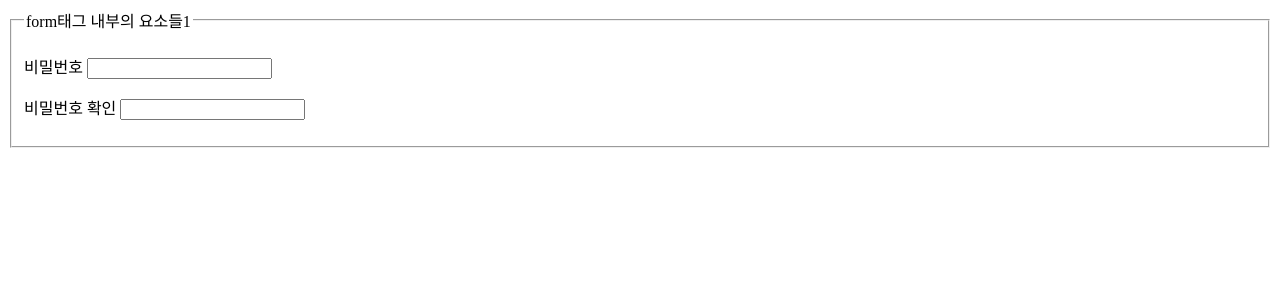
Repository: reddrinkbro/JSPStudy
Page: javascript/WebContent/4객체/dom_ob6.html
These files come from the project's save history. The page is drawn as it stood at one moment and after the next save; the edit follows.
The browser window is 1280 px wide. The pictures show the whole page.

Above is the page before, as saved 2020-04-10 03:16:48.

### javascript/WebContent/4객체/dom_ob6.html
<!DOCTYPE html>
<html>
<head>
<meta charset="UTF-8">
<title>Insert title here</title>
</head>
<body>
	<form action="a.jsp" name = "f1">
		<fieldset>
			<legend>form태그 내부의 요소들1</legend>
			<p>
				<label>비밀번호</label>
				<input type ="password" id ="user_pw1" name ="user_pw1"/>
			</p>
			<p>
				<lable>비밀번호 확인</lable>
				<input type ="password" id = "user_pw2" name ="user_pw2"/>
			</p>
		</fieldset>
	</form>
</body>
</html>

After the next save:
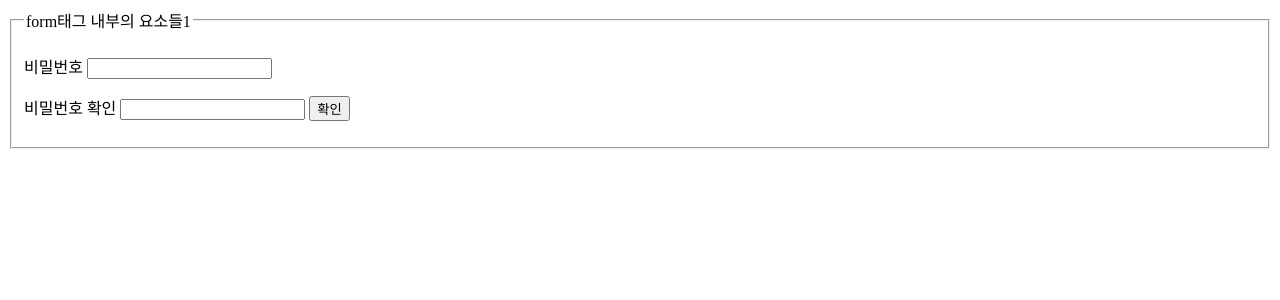
Saved 79 s later.
--- a/javascript/WebContent/4객체/dom_ob6.html
+++ b/javascript/WebContent/4객체/dom_ob6.html
@@ -15,6 +15,7 @@
 			<p>
 				<lable>비밀번호 확인</lable>
 				<input type ="password" id = "user_pw2" name ="user_pw2"/>
+				<input type="submit" value = "확인"/>
 			</p>
 		</fieldset>
 	</form>
